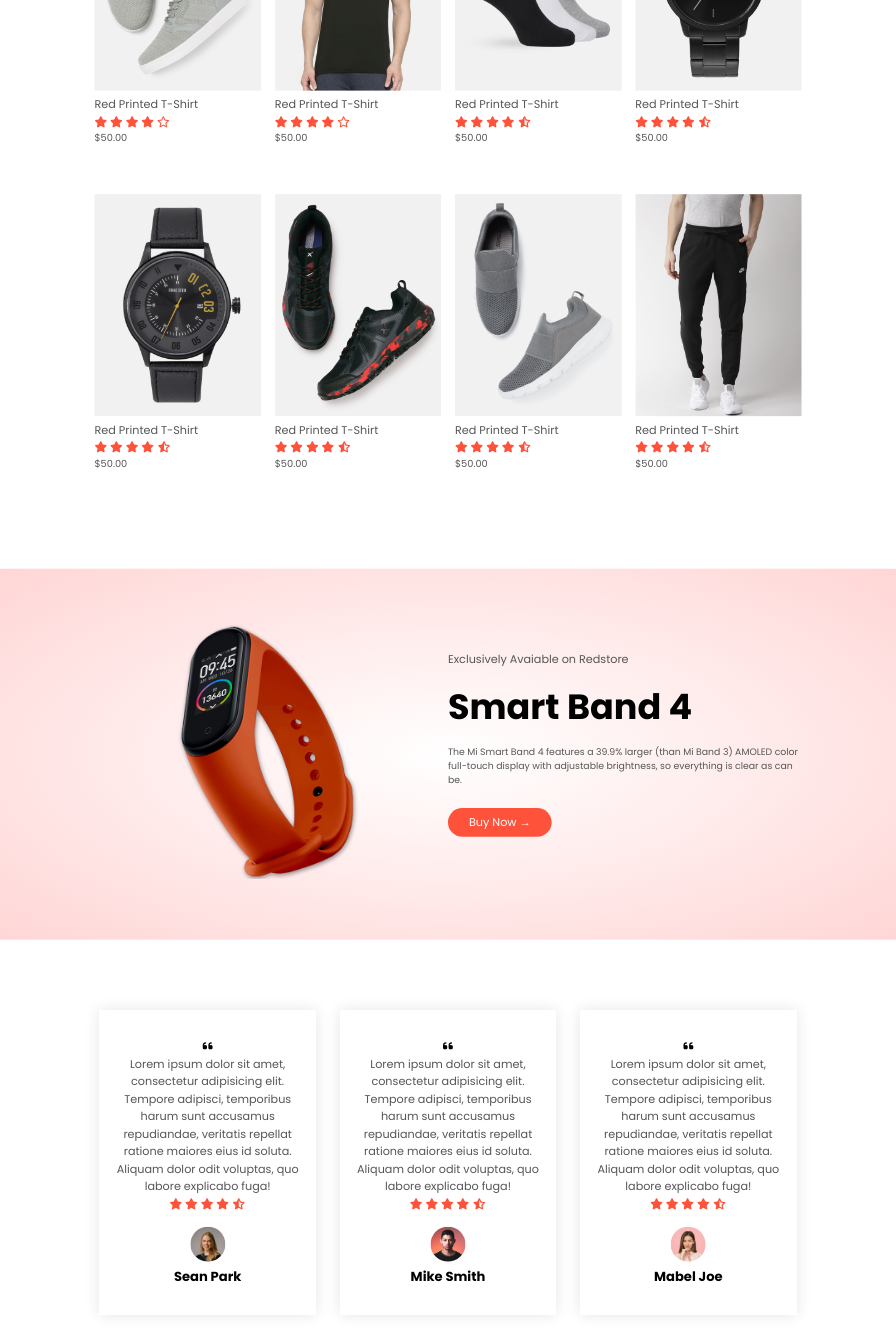
Repository: datvu1608/redsportstore
Page: index.html
An editor plug-in stored every save of this project. The page is shown before and after the next save, followed by the edit.
The browser window is 1280 px wide. The pictures show the part of the page from y = 2249 to 4169 px (the page is 4157 px tall before and 4169 px after), at 70% of full size.

Above is the page before, as saved 2023-11-23 15:02:05.

After the next save:
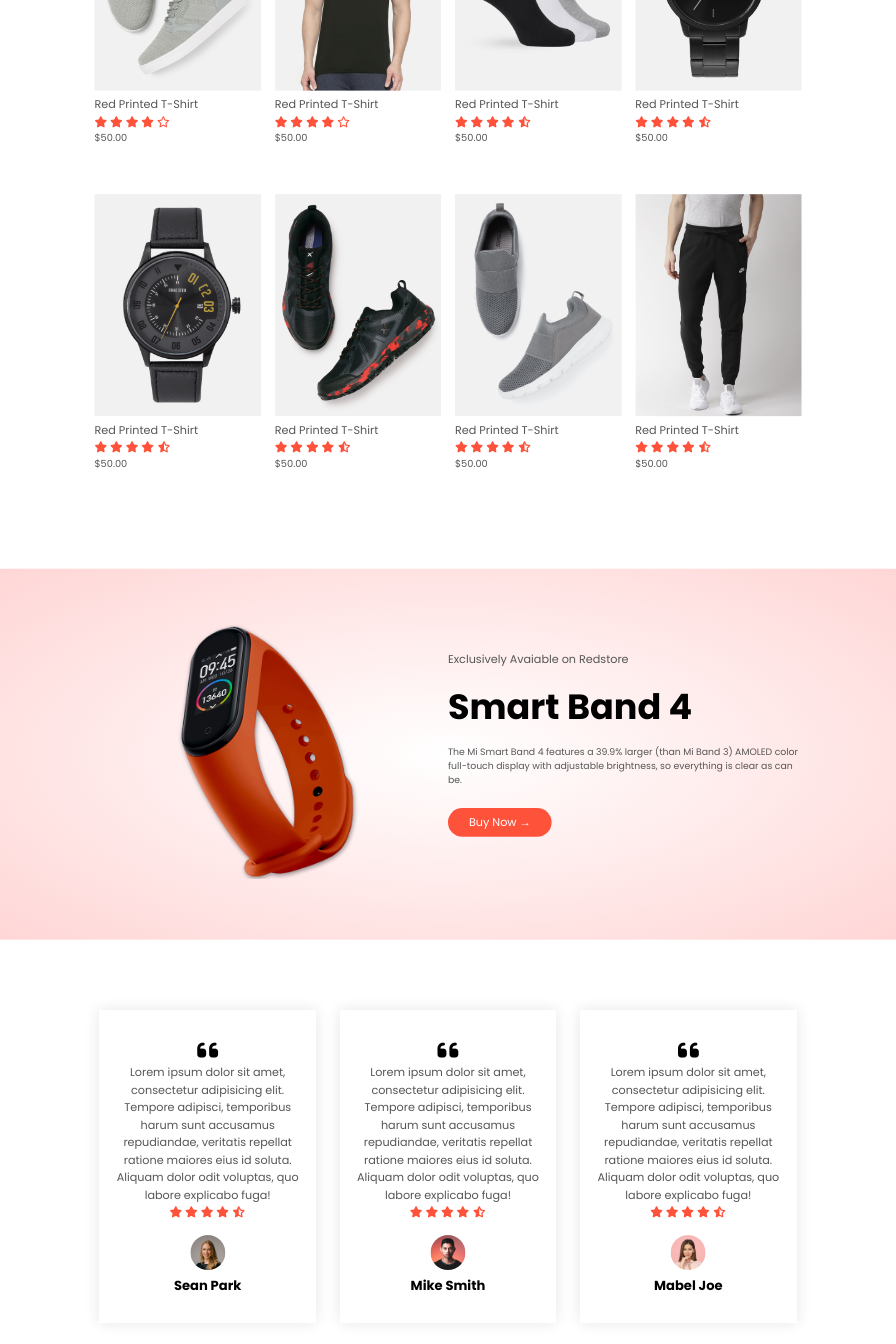
Saved 12 s later.
--- a/styles.css
+++ b/styles.css
@@ -172,5 +172,6 @@
   transform: translateY(-10px);
 }
 .fa-solid.fa-quote-left {
-  d
+  font-size: 34px;
+  color: #;
 }
